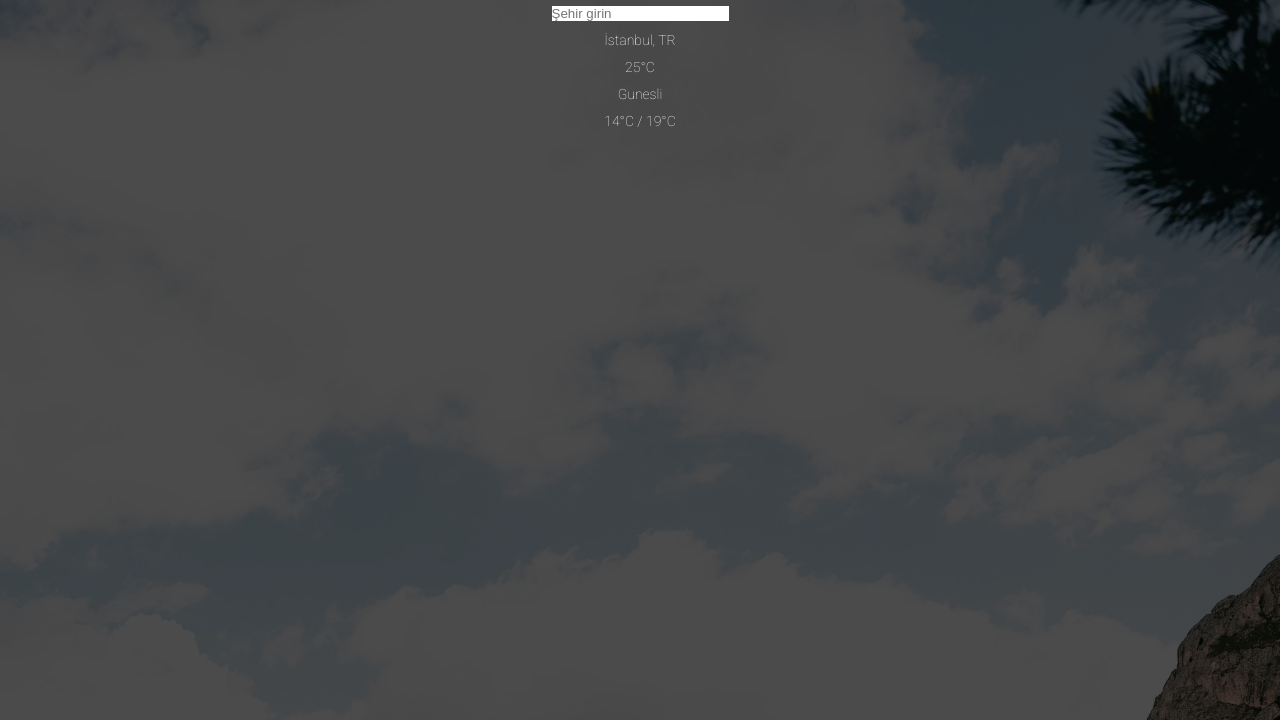
Repository: DogukanSAVA/havadurumu
Page: index.html
The author's editor kept a copy of each file at every save. The page is drawn from the files as they stood at one save, then again after the next save.
The browser window is 1280 px wide. The pictures show the whole page.

Above is the page before, as saved 2021-09-16 11:59:02.

After the next save:
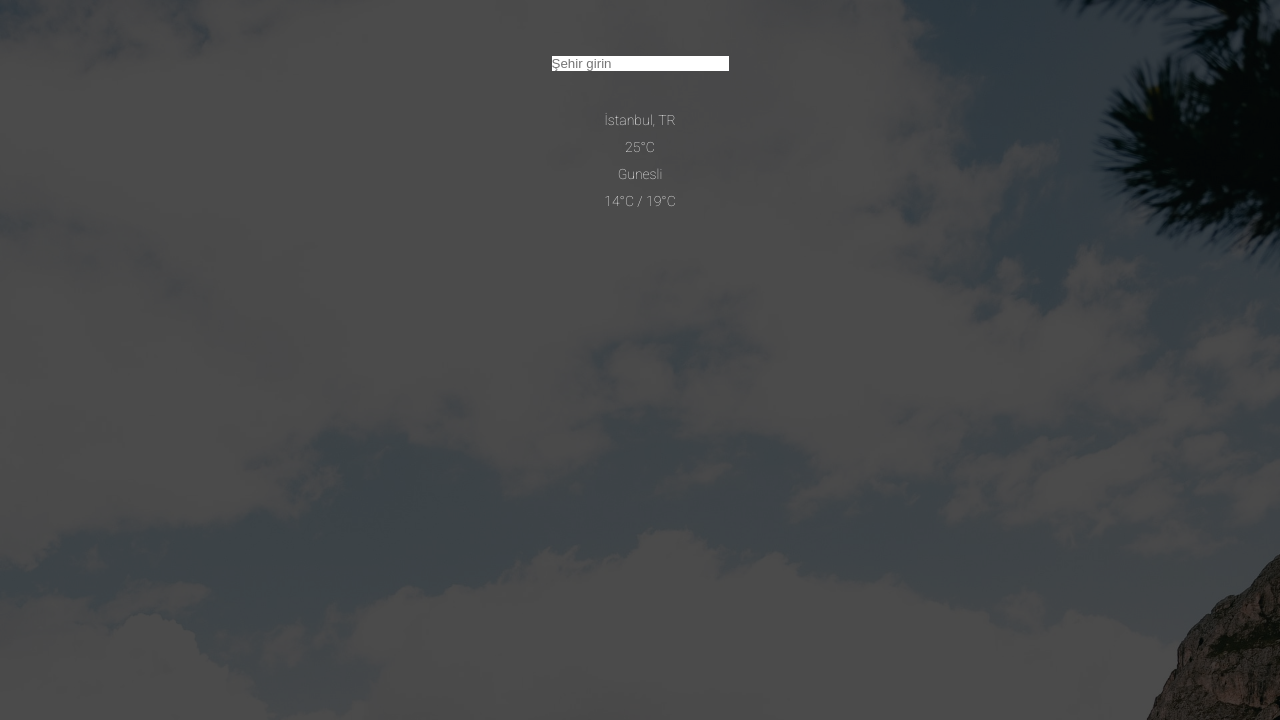
Saved 5 s later.
--- a/style.css
+++ b/style.css
@@ -27,4 +27,4 @@ body {
   height: 100vh;
 }
 
-.header{padding: 50px,;}
+.header{padding: 50px 20px 30px 20px;}
